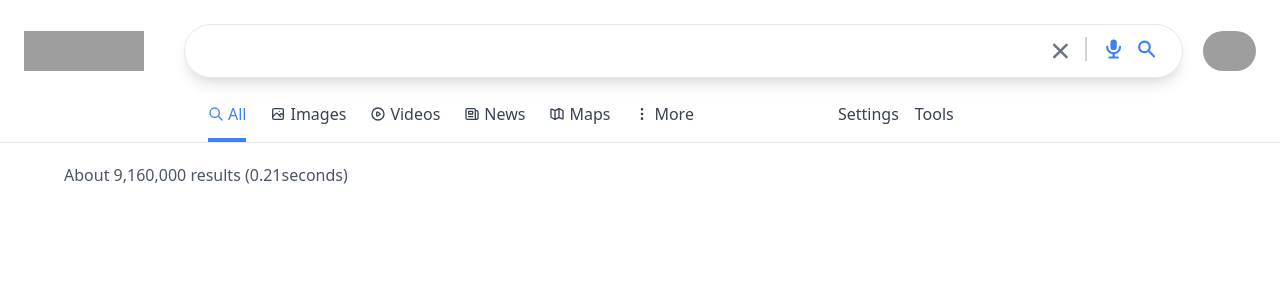
Repository: DecentraMindsCoin/google-search-clone
Page: /search
An editor plug-in stored every save of this project. The page is shown before and after a run of saves, followed by the edit.
The browser window is 1280 px wide. The pictures show the whole page.
Pictures or frames that could not be fetched are drawn as grey boxes. The project was rebuilt for these pictures with package versions that can differ from the ones it lists, and the page was loaded fresh each time. The framework's server and built-in components were replaced by stand-ins that run in the browser. Also part of the build but not shown: next.config.js, Response.js.

Above is the page before, as saved 2021-05-17 17:37:43.

### pages/search.js

import Head from 'next/head';
import Header from '../components/Header';
import { API_KEY, CONTEXT_KEY }  from '../keys';
import Response from "../Response";
import { useRouter } from "next/router";
import SearchResults from '../components/SearchResults';


function Search({ results }) {
    const router = useRouter();

        console.log(results);

    return (
        <div>
            <Head>
                <title>
                    {router.query.term} - Google Search
                </title>
                <link rel="icon" href=""/>
            </Head>
{/* Header */}

<Header />

{/* Search Results */}
<SearchResults results={results} />


        </div>
    )
}

export default Search;

export async function getServerSideProps(context) {

    const useDummyData = true;
    const startIndex = context.query.start || '0';

    const data = useDummyData ? Response : await fetch(`https://www.googleapis.com/customsearch/v1?key=${API_KEY}&cx=${CONTEXT_KEY}&q=${context.query.term}&start=${startIndex}`).then(response => response.json());

    // After the SERVER has rendered Pass the results to the client
    return {
        props: {
            results: data,
        }
        }
    }

### styles/globals.css
/* ./styles/globals.css */
@tailwind base;
@tailwind components;
@tailwind utilities;

@layer components {
  .btn {
    @apply bg-[#f8f9fa] p-3 rounded-md ring-gray-200 text-sm text-gray-800 hover:ring-1 focus:outline-none active:ring-gray-300 hover:shadow-md;
  }
.link {
  @apply hover:underline cursor-pointer;

  }
}

/* import from tailwind.css and delete preset css */
/* add with @apply to hover link as a modifier and cursor pointer */
/* add button btn custom gray and hover for btn className from feeling luck and Google search text */

### components/Header.js
import Image from 'next/image';
import { useRouter } from 'next/router';
import {useRef} from "react"
import { MicrophoneIcon, XIcon, SearchIcon } from '@heroicons/react/solid';
import Avatar from './Avatar';
import HeaderOptions from './HeaderOptions';


function Header() {
    const router = useRouter();
    const searchInputRef = useRef(null);

    const search = e => {
        e.preventDefault();
        const term = searchInputRef.current.value;


        if (!term) return;

        router.push(`./search?term=${term}`);
    }

    return (
        <header className="sticky top-0 bg-white">
            <div className="flex w-full p-6 items-center">
                <Image
            src='https://www.purepng.com/public/uploads/large/purepng.com-google-logo-2015brandlogobrand-logoiconssymbolslogosgoogle-6815229372333mqrr.png'
            height={40}
            width={120}
            onClick={() => router.push("/")}
            className="cursor-pointer" />
            <form className='px-6 py-3 ml-10 mr-5 flex-grow flex border border-gray-200 rounded-full shadow-lg '>
                <input ref={searchInputRef} type='text' className='flex-grow w-full focus:outline-none' type='text' />
                <XIcon className='h-7 sm:mr-3 text-gray-500 cursor-pointer transition duration-100 transform hover:scale-125'
                onClick={() =>(searchInputRef.current.value = "")}/>
                <MicrophoneIcon className='mr-3 h-6 hidden sm:inline-flex text-blue-500 border-l-2 pl-4 border-gray-300' />
                <SearchIcon className='h-6 text-blue-500 hidden sm:inline-flex'/>
                <button hidden type="submit" onClick={search}>Search</button>
            </form>
            <Avatar className='ml-auto 'url='https://coaching.papareact.com/ai9'/>
            </div>

            {/* Header Options Component */}
            <HeaderOptions />

        </header>
    )
}

export default Header

### keys.js
// Api kWZrnVM42QCiEA2Ig1bG8zjoIMOgxWwYCEeNdwY6Tv
export const API_KEY = 'AIzaSyA7YUDNBCQATijP9l34hGIXqMewhriENoQ'
// Context Key - https://cse.google.com/create/new
export const CONTEXT_KEY = '755fce7d6fc28a46b'

### components/SearchResults.js
function SearchResults({ results}) {
    return (
        <div className="mx-auto w-full px-3 sm:pl-[5%] md:pl[%14] lg:">
            <p className="text-gray-600 text-md mb-5 mt-5">About {results.searchInformation?.formattedTotalResults} results ({results.searchInformation?.formattedSearchTime}seconds) </p>
        </div>
    )
}

export default SearchResults

### components/Avatar.js
function Avatar({url, className }) {
    return (<img loading="lazy"
    className={`h-10 rounded-full cursor-pointer transition duration-150 transform hover:scale-110 ${className}`}
    src={url} alt="Profile Pic" />
    );
}

export default Avatar

### components/HeaderOptions.js
import HeaderOption from "./HeaderOption";
import {

    DotsVerticalIcon, MapIcon, NewspaperIcon, PhotographIcon, PlayIcon, SearchIcon,
} from "@heroicons/react/outline"


function HeaderOptions() {
    return (
        <div className="flex w-full text-gray-700 justify-evenly text-sm lg:text-base lg:justify-start lg:space-x-36 lg:pl-52 border-b">
            {/* left */}
           <div className="flex space-x-6">
               <HeaderOption Icon={SearchIcon}  title="All" selected/>
               <HeaderOption Icon={PhotographIcon} title="Images" />
               <HeaderOption Icon={PlayIcon} title="Videos" />
               <HeaderOption Icon={NewspaperIcon} title="News" />
               <HeaderOption Icon={MapIcon} title="Maps" />
               <HeaderOption Icon={DotsVerticalIcon} title="More" />

           </div>
                {/* right */}
            <div className="flex space-x-4">
                <p className="link">Settings</p>
                <p className="link">Tools</p>
            </div>
        </div>
    )
}

export default HeaderOptions

### components/HeaderOption.js
function HeaderOption({ Icon, title, selected}) {
    return (
        <div className={`flex items-center space-x-1 border-b-4 border-transparent hover:text-blue-500 hover:border-blue-500 pb-3 cursor-pointer ${selected && "text-blue-500 border-blue-500"}`}>
            <Icon className="h-4" />
            <p className="hidden sm:inline-flex">{title}</p>
        </div>
    )
}

export default HeaderOption

### tailwind.config.js
module.exports = {
  mode:'jit',
  purge: ['./pages/**/*.{js,ts,jsx,tsx}', './components/**/*.{js,ts,jsx,tsx}'],
  darkMode: false, // or 'media' or 'class'
  theme: {
    extend: {},
  },
  variants: {
    extend: {},
  },
  plugins: [],
}


//insert purge and mode: jit from tailwind.css

Loaded but not shown: pages/_app.js (common file)

After the next 2 saves:
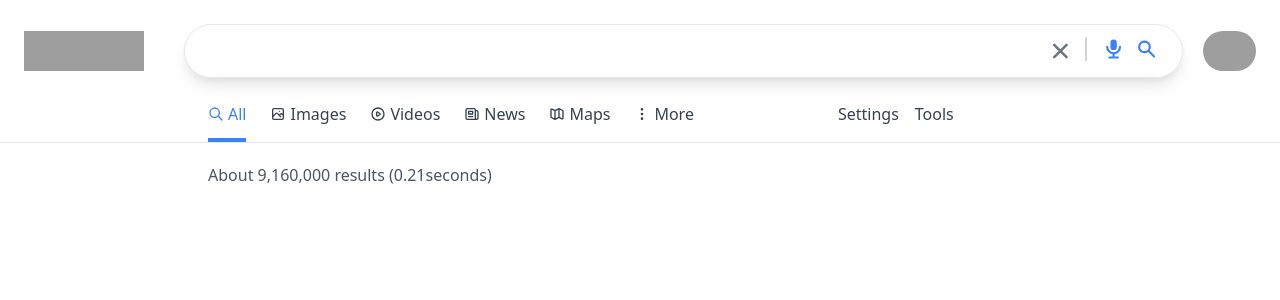
The 2 saves are shown as one change because they came seconds apart.
The last was saved 7 s later.
--- a/components/SearchResults.js
+++ b/components/SearchResults.js
@@ -1,6 +1,6 @@
 function SearchResults({ results}) {
     return (
-        <div className="mx-auto w-full px-3 sm:pl-[5%] md:pl[%14] lg:">
+        <div className="mx-auto w-full px-3 sm:pl-[5%] md:pl[%14] lg:pl-52">
             <p className="text-gray-600 text-md mb-5 mt-5">About {results.searchInformation?.formattedTotalResults} results ({results.searchInformation?.formattedSearchTime}seconds) </p>
         </div>
     )
